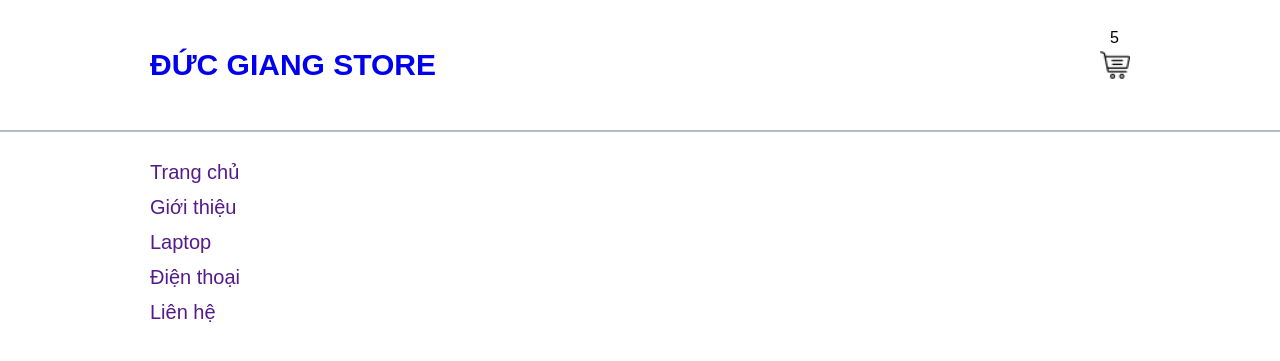
Repository: Giangattt123/PHP
Page: http://localhost/?page=home
These files come from the project's save history. The page is drawn as it stood at one moment and after the next save; the edit follows.
The browser window is 1280 px wide. The pictures show the whole page.
Some web libraries are served in a nearby version. The page is run by PHP 8.4 with error messages shown; the project is at /var/www/html/.

Above is the page before, as saved 2023-03-17 22:37:33.

After the next save:
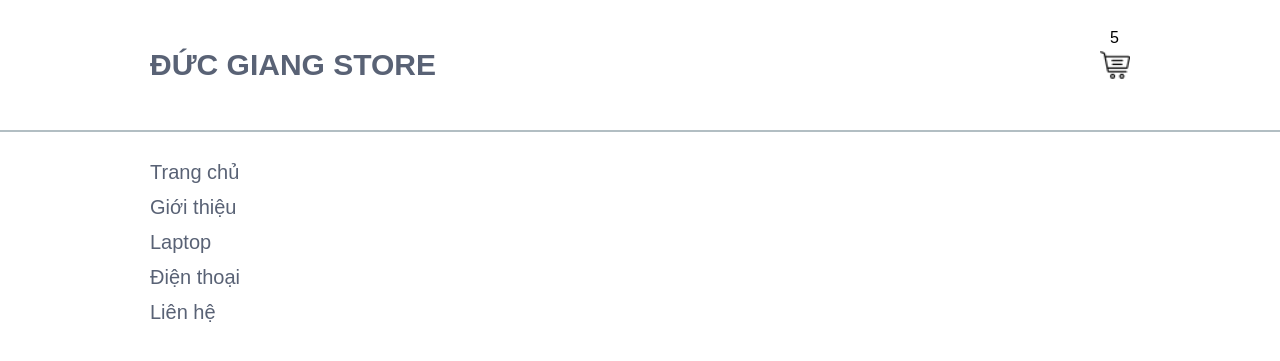
Saved 15 s later.
--- a/PHP_Shopping-Cart/Shopping_Cart/public/css/style.css
+++ b/PHP_Shopping-Cart/Shopping_Cart/public/css/style.css
@@ -56,6 +56,6 @@ img {
   margin-top: 15px;
   color: #0984e3;
 }
-a.menu-item {
-  color: #0984e3;
+a {
+  color: #596275;
 }
